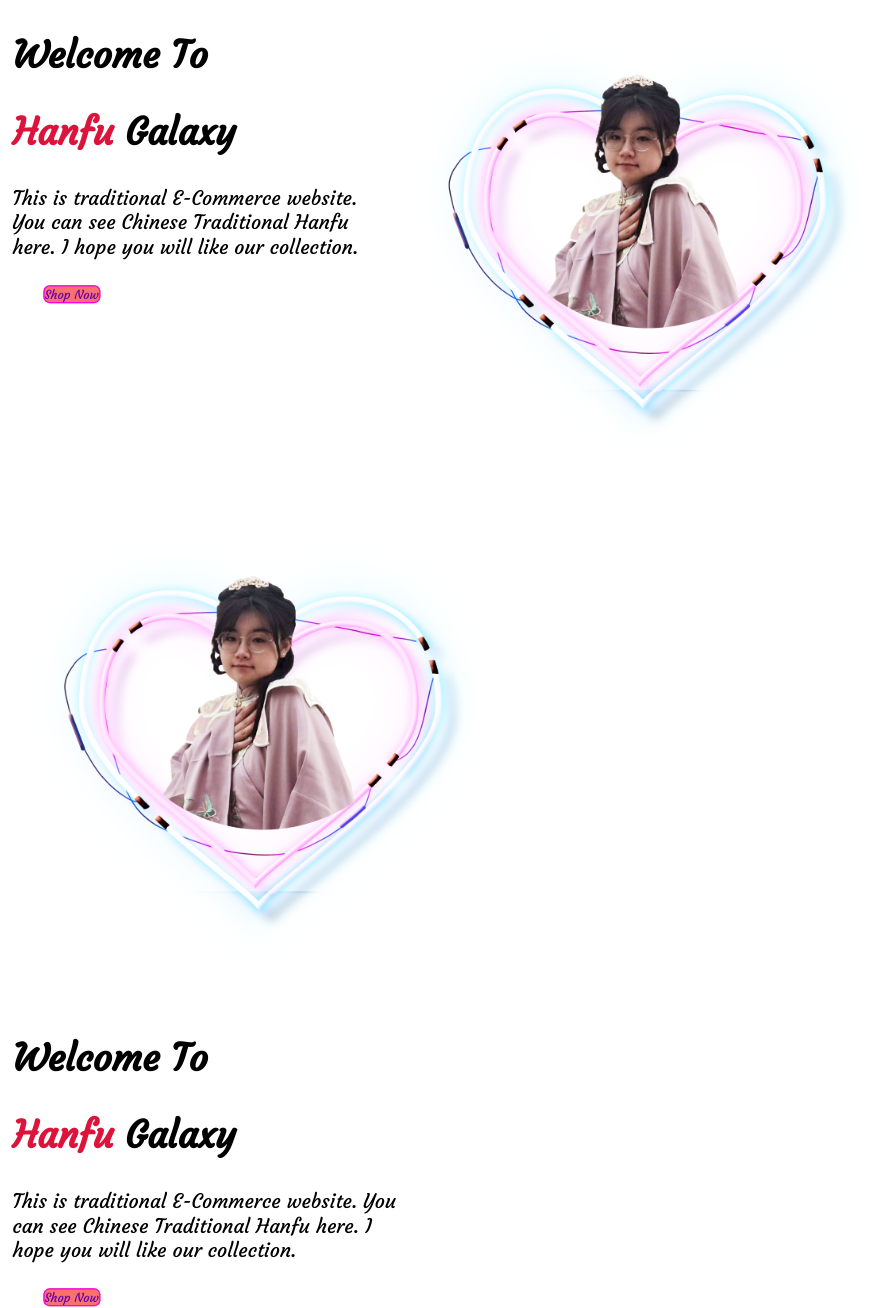
Repository: ramizraaz/E-Commerce
Page: index.html
An editor plug-in stored every save of this project. The page is shown before and after the next save, followed by the edit.
The browser window is 1280 px wide. The page is 1440 px wide, so the pictures cover 1440 px, including what lies to the right of the window. The pictures show the whole page, at 62% of full size.

Above is the page before, as saved 2022-02-06 21:12:09.

After the next save:
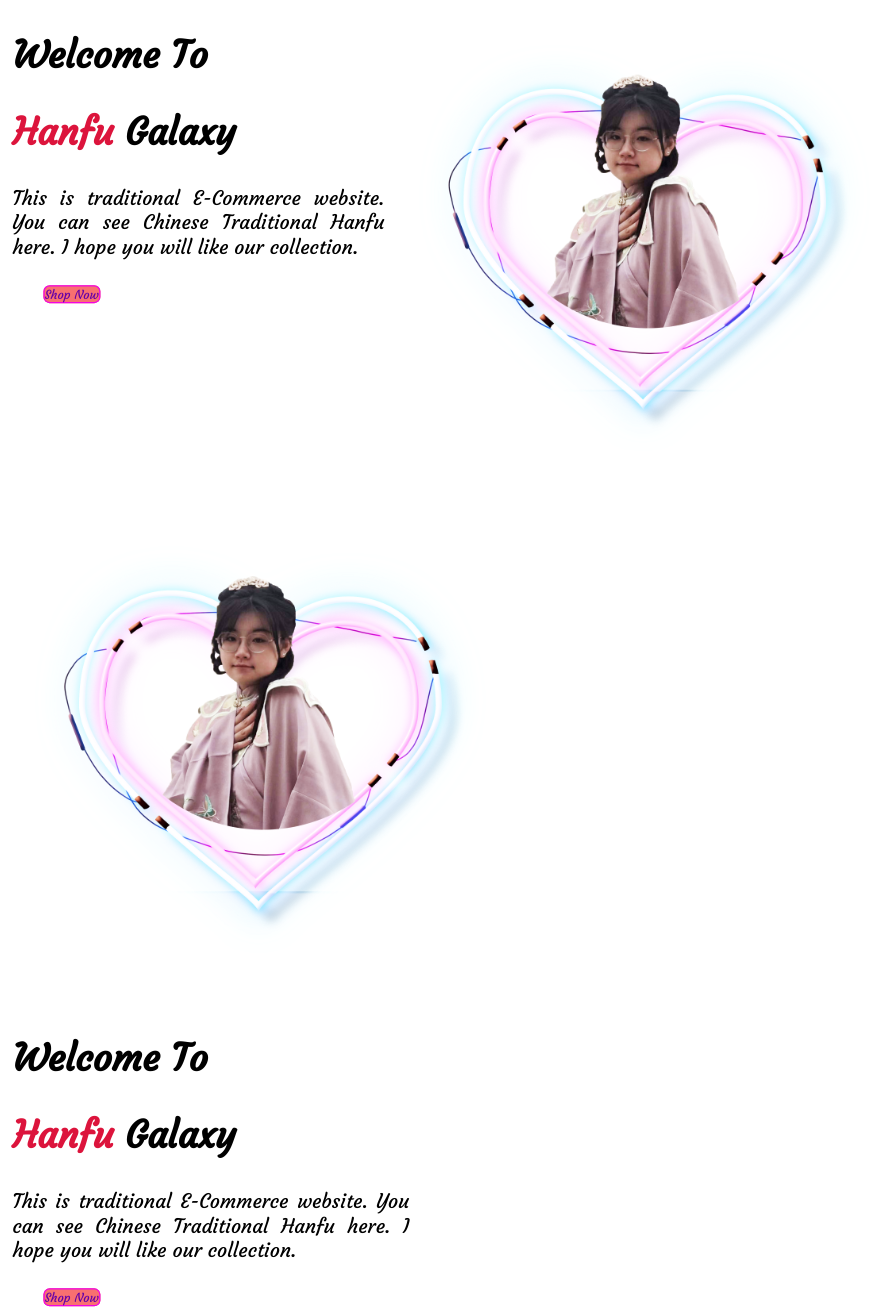
Saved 102 s later.
--- a/main.css
+++ b/main.css
@@ -7,6 +7,10 @@ body {
 
 h1 {
     font-size: 60px;
+}
+
+p {
+    text-align: justify;
 }
 
 span {
